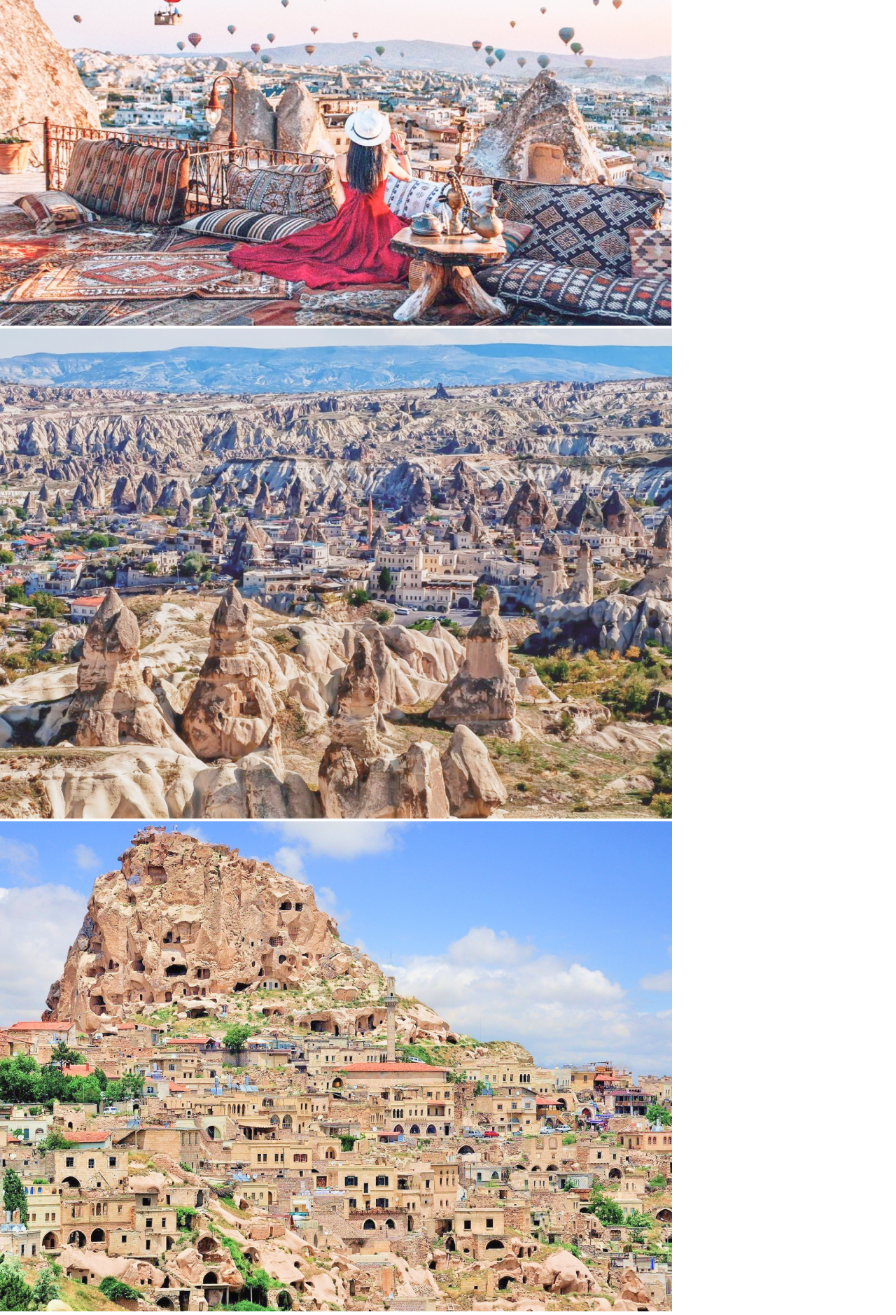
Repository: Lareeman/cappadocia
Page: index.html
The author's editor kept a copy of each file at every save. The page is drawn from the files as they stood at one save, then again after the next save.
The browser window is 1280 px wide. The pictures show the part of the page from y = 975 to 2895 px (the page is 2853 px tall before and 2895 px after), at 70% of full size.

Above is the page before, as saved 2024-01-27 10:47:47.

After the next save:
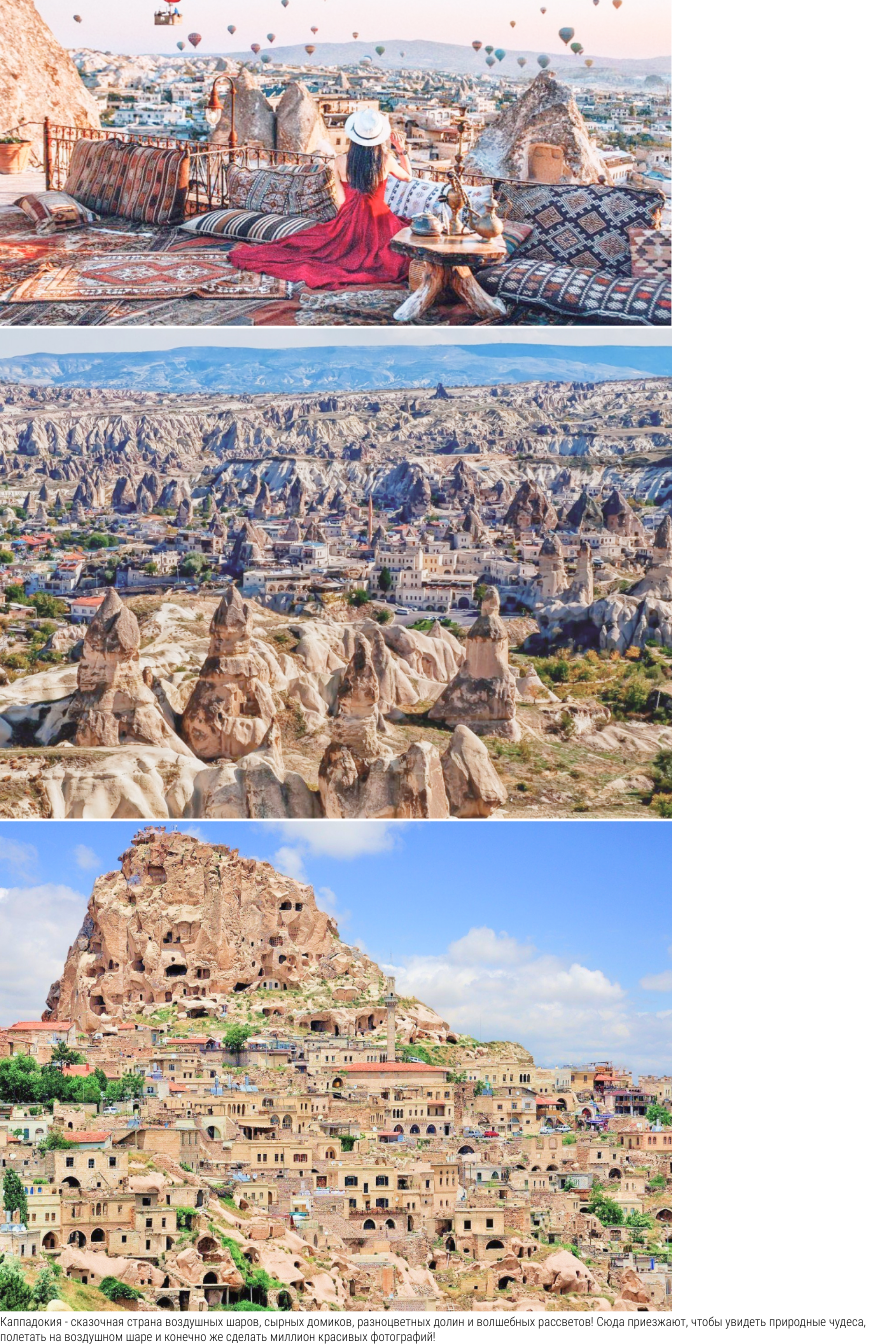
Saved 10 s later.
--- a/index.html
+++ b/index.html
@@ -43,7 +43,8 @@
         <div class="fairy__container">
           <div class="fairy__body">
             <p class="fairy__text">
-
+              Каппадокия - сказочная страна воздушных шаров, сырных домиков, разноцветных долин и волшебных рассветов!
+              Сюда приезжают, чтобы увидеть природные чудеса, полетать на воздушном шаре и конечно же сделать миллион красивых фотографий!
             </p>
             <p class="fairy__text">
 
